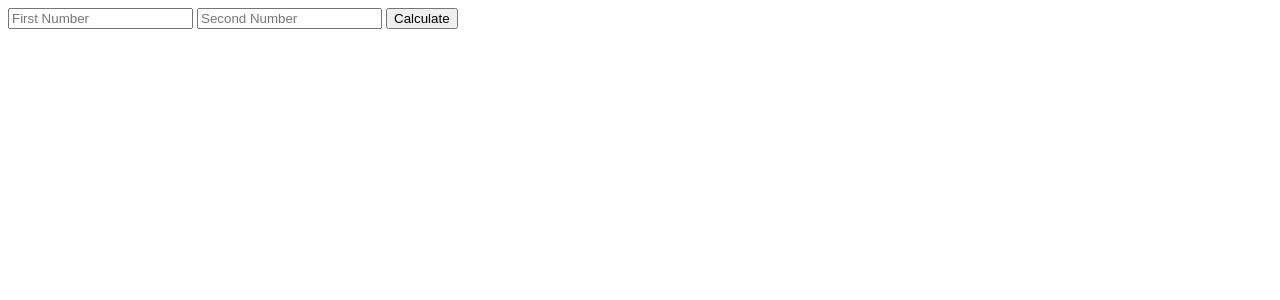
Repository: yoriss67/Folder-The-Complete-2023Web-Development-Bootcamp
Page: Calculator/index.html
These files come from the project's save history. The page is drawn as it stood at one moment and after a run of saves; the edit follows.
The browser window is 1280 px wide. The pictures show the whole page.

Above is the page before, as saved 2022-12-21 22:41:58.

### Calculator/index.html
<!DOCTYPE html>
<html lang="en">
<head>
    <meta charset="UTF-8">
    <meta http-equiv="X-UA-Compatible" content="IE=edge">
    <meta name="viewport" content="width=device-width, initial-scale=1.0">
    <title>Calculator</title>
</head>
<body>

    <form action="index.html">
        <!-- 👩‍🎓name は variable的な -->
        <input type="text" name="num1" placeholder="First Number">
        <input type="text" name="num2" placeholder="Second Number">
        <button type="submit" name="submit">Calculate</button>
    </form>
</body>
</html>

After the next 2 saves:
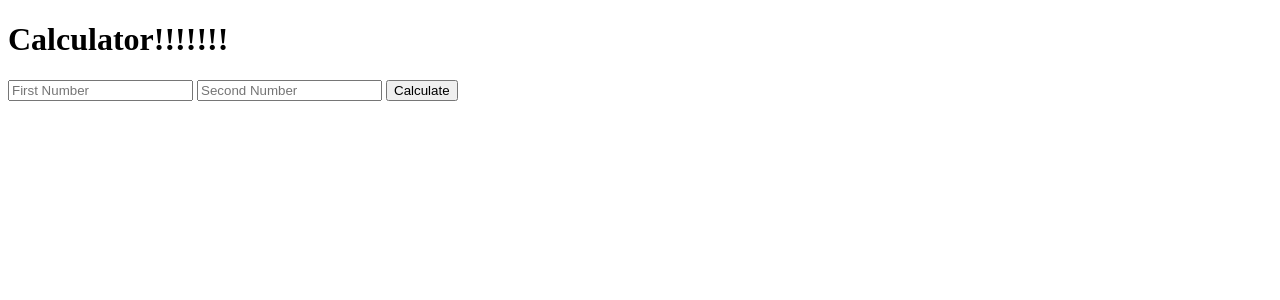
The 2 saves are shown as one change because they came seconds apart.
The last was saved 37 s later.
--- a/Calculator/index.html
+++ b/Calculator/index.html
@@ -9,6 +9,7 @@
 <body>
 
     <form action="index.html">
+        <h1>Calculator!!!!!!!</h1>
         <!-- 👩‍🎓name は variable的な -->
         <input type="text" name="num1" placeholder="First Number">
         <input type="text" name="num2" placeholder="Second Number">
